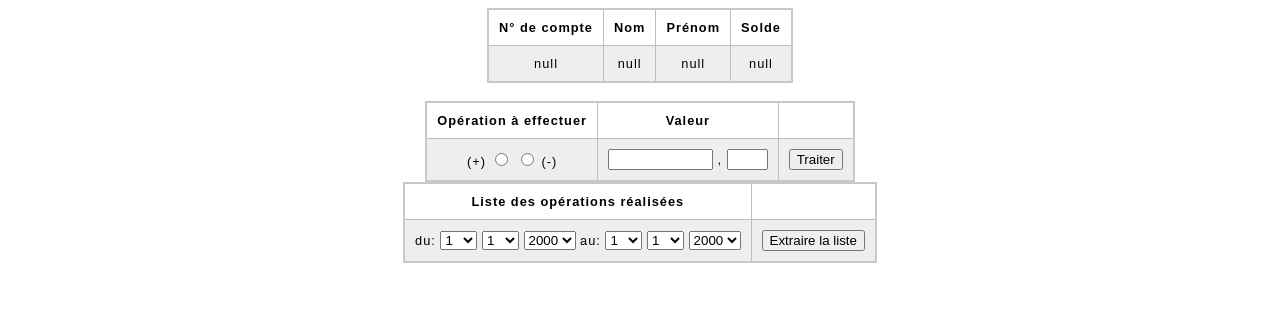
Repository: Jsisie/BanqueWeb
Page: http://localhost/BanqueWeb/JOperations.jsp
An editor plug-in stored every save of this project. The page is shown before and after the next save, followed by the edit.
The browser window is 1280 px wide. The pictures show the whole page.
The page is served by Tomcat 10. Other server files are loaded and not shown. The template is opened directly, without the code that normally fills it, so the values that code supplies are empty.

Above is the page before, as saved 2022-12-16 12:54:22.

### BanqueWeb/BanqueWeb/BanqueWeb/src/main/webapp/JOperations.jsp
<%@ page language="java" contentType="text/html; charset=UTF-8"
    pageEncoding="UTF-8"%>
<%@ taglib prefix="c" uri="jakarta.tags.core" %>
<!DOCTYPE html>
<html>
<head>
<meta charset="UTF-8">
<title>Consultation réussie</title>
<style type="text/css">
td,
th {
    border: 1px solid rgb(190, 190, 190);
    padding: 10px;
}

td {
    text-align: center;
}

tr:nth-child(even) {
    background-color: #eee;
}

th[scope="col"] {
    background-color: #696969;
    color: #fff;
}

th[scope="row"] {
    background-color: #d7d9f2;
}

caption {
    padding: 10px;
    caption-side: bottom;
}

table {
    border-collapse: collapse;
    border: 2px solid rgb(200, 200, 200);
    letter-spacing: 1px;
    font-family: sans-serif;
    font-size: .8rem;
}

.errorDiv {
	color: red;
}

.msgDiv {
	color: blue;
}

</style>
</head>
<body>
	<div class="compteTables">
		<div class="infosCompteTable" align="center">
			<table>
				<tr>
					<th>N° de compte</th>
					<th>Nom</th>
					<th>Prénom</th>
					<th>Solde</th>
				</tr>
				<tr>
					<td><%=session.getAttribute("NoDeCompte")%></td>
					<td><%=session.getAttribute("nom")%></td>
					<td><%=session.getAttribute("prenom")%></td>
					<td><%=session.getAttribute("solde")%></td>
				</tr>
			</table>
		</div>
		<br>
		<form class="operationForm" method="post">
			<div class="operationTable" align="center">
				<table>
					<tr>
						<th>Opération à effectuer</th>
						<th>Valeur</th>
					</tr>
					<tr>
						<td>
							<label for="+">(+)</label>
	  						<input type="radio" id="OpPlus" name="Op" value="+" ${op eq "+" ? 'checked' : ''}>
	  						<input type="radio" id="OpMinus" name="Op" value="-" ${op eq "-" ? 'checked' : ''}>
		  					<label for="-">(-)</label></td>
						<td>
							<input type="text" name="ValeurEntiere" id="valeurEntiere" maxlength="10" size="10" value=${valeurEntiere}>
							<label id="virguleDecimale" for="valeur">,</label>
							<input type="text" name="ValeurDecimale" id="valeurDecimale" maxlength="2" size="2" value=${valeurDecimale}>
						</td>
						<td>
							<input  id="Demande" name="Demande" type="submit" value="Traiter">
						</td>
					</tr>
				</table>
			</div>
			<div class="listeOperationsTable" align="center">
				<table>
					<tr>
						<th>Liste des opérations réalisées</th>
					</tr>
					<tr>
						<td>
							<label for="du">du: </label>
							<select name="jInit">
								<c:forEach var="i" begin="1" end="31" step="1">
									<option value="${i}" ${i eq dayInit ? 'selected' : '' }>
		 								${i}
		 							</option>
								</c:forEach>
		 					</select>
							<select name="mInit">
								<c:forEach var="i" begin="1" end="12" step="1">
									<option value="${i}" ${i eq monthInit ? 'selected' : '' }>
		 								${i}
		 							</option>
								</c:forEach>
							</select>
							<select name="aInit">
								<c:forEach var="i" begin="2000" end="2022" step="1">
									<option value="${i}" ${i eq yearInit ? 'selected' : '' }>
		 								${i}
		 							</option>
								</c:forEach>
							</select>
							<label for="au">au: </label>
							<select name="jFinal">
								<c:forEach var="i" begin="1" end="31" step="1">
									<option value="${i}" ${i eq dayFinal ? 'selected' : '' }>
		 								${i}
		 							</option>
								</c:forEach>
							</select>
							<select name="mFinal">
								<c:forEach var="i" begin="1" end="12" step="1">
									<option value="${i}" ${i eq monthFinal ? 'selected' : '' }>
		 								${i}
		 							</option>
								</c:forEach>
							</select>
							<select name="aFinal">
								<c:forEach var="i" begin="2000" end="2022" step="1">
									<option value="${i}" ${i eq yearFinal ? 'selected' : '' }>
		 								${i}
		 							</option>
								</c:forEach>
							</select>
						</td>
						<td>
							<input  id="Demande" name="Demande" type="submit" value="Extraire la liste">
						</td>
					</tr>
				</table>
			</div>
			<div class="msgDiv" align="center">
				<p> ${msg} </p>
			</div>
			<div class="errorDiv" align="center">
				<p> ${msgError} </p>
			</div>
		</form>
	</div>
</body>
</html>

After the next save:
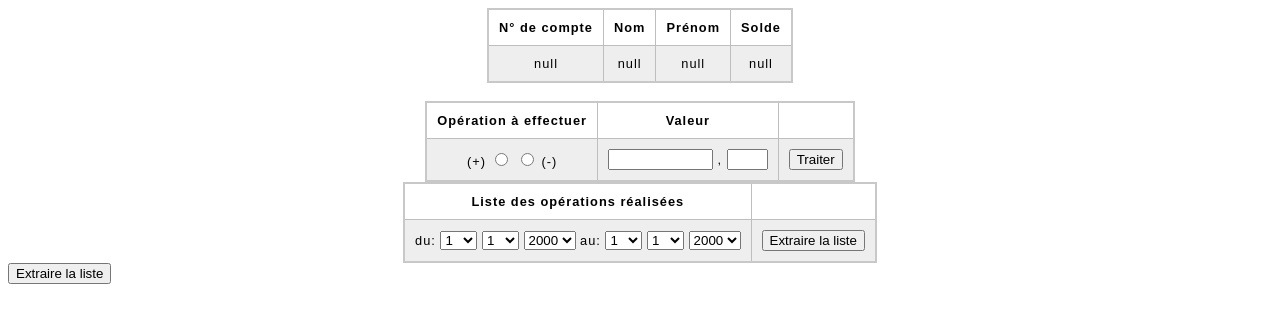
Saved 64 s later.
--- a/BanqueWeb/BanqueWeb/BanqueWeb/src/main/webapp/JOperations.jsp
+++ b/BanqueWeb/BanqueWeb/BanqueWeb/src/main/webapp/JOperations.jsp
@@ -154,6 +154,9 @@ table {
 					</tr>
 				</table>
 			</div>
+			<td>
+							<input  id="Demande" name="Demande" type="submit" value="Extraire la liste">
+						</td>
 			<div class="msgDiv" align="center">
 				<p> ${msg} </p>
 			</div>
